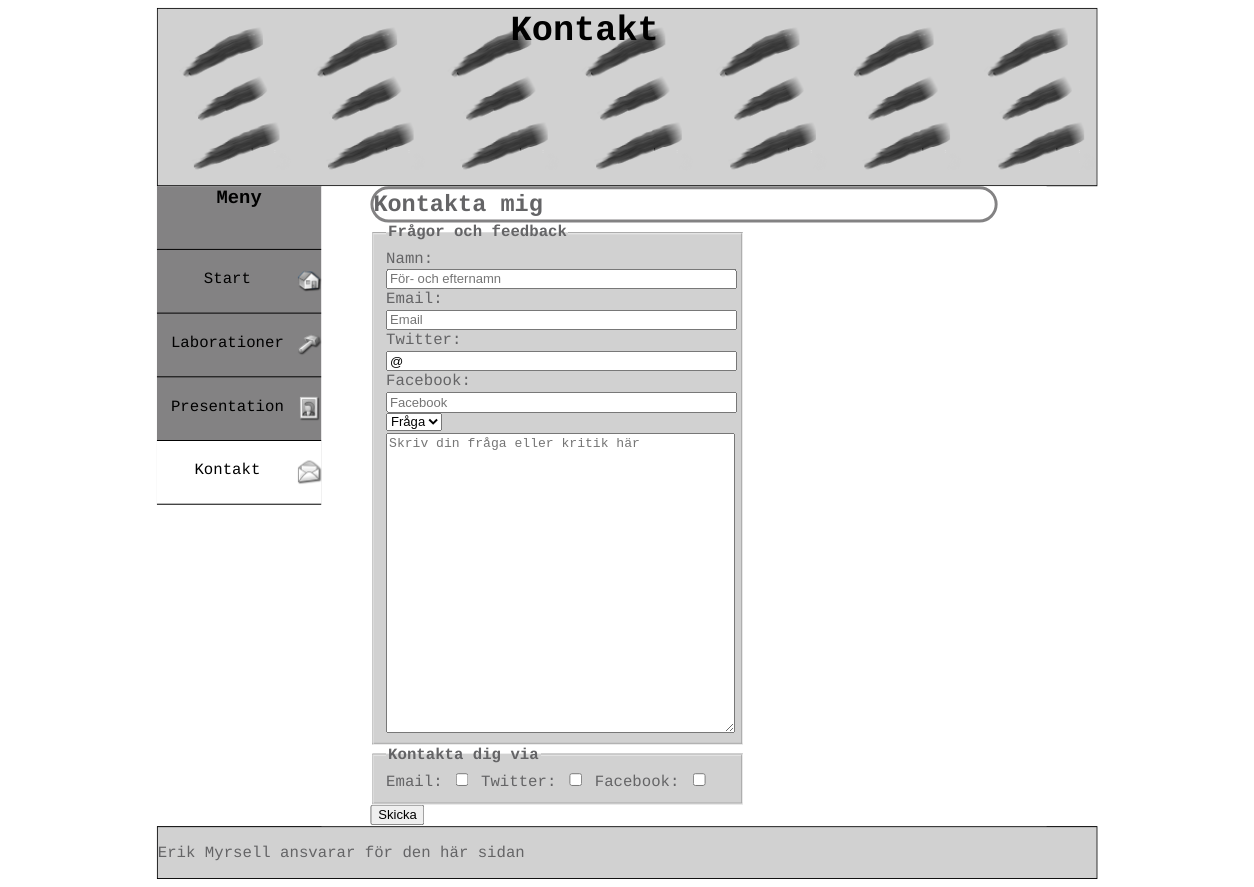
Repository: em222mt/1IK415_em222mt
Page: pages/kontakt.html
The author's editor kept a record of every edit. The page is drawn from the files as they stood at one moment, then again after the next edit.
The browser window is 1280 px wide. The pictures show the whole page, at 98% of full size.

Above is the page before.

### pages/kontakt.html
<!doctype html>
<html lang="sv">

<head>
    <meta charset="utf-8">
    <meta name="viewport" content="width=device-width, initial scale=1.0">

    <title>Kontakt</title>

    <link rel="stylesheet" media="only screen and (min-width: 482px)" href="../css/basic.css">
    <link rel="stylesheet" media="print" href="../css/print.css">
    <link rel="stylesheet" media="only screen and (max-width: 481px)" href="../css/sscreen.css">

    <link rel="shortcut icon" href="../pics/favicon.png" type="png">
    <link rel="apple-touch-icon" href="../pics/apple-touch-icon-small.png">
    <link rel="apple-touch-icon" sizes="114x114" href="../pics/apple-touch-icon-big.png">

        <script>
        document.createElement("header");
        document.createElement("hgroup");
        document.createElement("footer");
        document.createElement("article");
        document.createElement("main");
        document.createElement("section");
        document.createElement("nav");
        document.createElement("aside");
        document.createElement("address");
    </script>
</head>

    <body>
        <div id="container">

            <header>
                <h1 class="headertitle">Kontakt</h1>
            </header>

            <nav>

                <ul>
                    <li>Meny</li>
                    <li><a href="../index.html">Start</a><a id="home-icon" href="../index.html"></a></li>
                    <li><a href="laborationer.html">Laborationer</a><a id="work-icon" href="laborationer.html"></a></li>
                    <li><a href="presentation.html">Presentation</a><a id="bio-icon" href="presentation.html"></a></li>
                    <li class="active"><a href="kontakt.html">Kontakt</a><a id="contact-icon" href="kontakt.html"></a></li>
                </ul>

            </nav>

            <main>

            <header class="pageheader">
                <h2>Kontakta mig</h2>
            </header>

            <!-- Formulär börjar här -->

            <article>
            <form id="form" action="http://voyager.lnu.se/tekinet/kurser/dtt/wp_webbintro/form.php" method="post">
                <fieldset>
                    <legend class="formframe">Frågor och feedback</legend>

                        <label class="formunit" for="namn">Namn:</label>
                        <input class="formunit" placeholder="För- och efternamn" type="text" name="namn" id="namn" />

                        <label class="formunit" for="email">Email:</label>
                        <input class="formunit" placeholder="Email" type="email" name="email" id="email" />

                        <!--kan jag ha value OCH en placeholder här?-->

                        <label class="formunit" for="twitter">Twitter:</label>
                        <input class="formunit" value="@" type="text" name="twitter" id="twitter" />

                        <label class="formunit" for="facebook">Facebook:</label>
                        <input class="formunit" placeholder="Facebook" type="text" name="facebook" id="facebook" />


                        <select name="fråga eller feedback">
                            <option value="Fråga" selected> Fråga </option>
                            <option value="Ris"> Ris </option>
                            <option value="Ros"> Ros </option>
                        </select>


                        <textarea class="formunit" id="formtext" for="textarea" cols="20" rows="20" placeholder="Skriv din fråga eller kritik här"></textarea>

               </fieldset>

               <fieldset>
                   <legend class="formframe">Kontakta dig via</legend>

                        <label for="recepientemail">Email:</label>
                        <input type="checkbox" name="recepientemail" id="recepientemail" />
                        <label for="recepienttwitter">Twitter:</label>
                        <input type="checkbox" name="recepienttwitter" id="recepienttwitter" />
                        <label for="recepientfacebook">Facebook:</label>
                        <input type="checkbox" name="recepientfacebook" id="recepientfacebook" />

                </fieldset>

                <input id="formsubmit" type="submit" value="Skicka" />

            </form>

            </article>
            </main>

            <div id="footer">

                <p>Erik Myrsell ansvarar för den här sidan</p>

                <!--<a href="/" onclick="setActiveStyleSheet(’basic’); return false;">Full site</a>-->
                <!--<a href="/" onclick="setActiveStyleSheet(’sscreen’); return false;">mobile</a>-->

            </div>

        </div>

    </body>
</html>

### css/basic.css
/*
Background main: #FFFFFF
Background aside: #838283
Background header/footer: #D1D1D1
text-color: #646466
*/

/*Layout*/

article, aside, details, figcaption, figure,
footer, header, hgroup, main, menu, nav,
section{
    display: block;
}

a:link 	    { color: black; }
a:visited 	{ color: gray; }
a:focus 	{ color: #838283; }
a:hover	    { color: #6495ED; background-color: white;}
a:active 	{ color: #FFFFFF; }

/*Container*/

#container {
    max-width: 960px;
    overflow: auto;
    margin: 0 auto;
}

/*----------------------------------------*/

/*Header*/

header h1 {
    border-style: solid;
    border-width: 1px;
    width: 958px;
    background-color: #D1D1D1;
    background-image: url(../pics/Logo5.png);
    background-repeat: round;
    background-position: left;
    text-indent: 300px;
    height: 180px;
}

header h2 {
    margin: 0 auto;
    border: 3px solid #838283;
    border-top-right-radius: 30px;
    border-top-left-radius: 30px;
    border-bottom-right-radius: 30px;
    border-bottom-left-radius: 30px;
}

#bloggheader {
    margin: 10px 10px 10px 10px;
    text-align: center;
}

/*----------------------------------------*/

/*Navigation*/

nav {
    float: left;
    color: #646466;
    background-color: #838283;
    width: 168px;
}

nav li{
    border-bottom: 1px solid black;
    height: 64px;
}

nav a{
    float: left;
}

nav ul {
    list-style-type: none;
    margin: 0;
    padding: 0;
}

nav > ul > li:nth-child(1){
    color: black;
    font-weight: bold;
    font-size: 1.2em;
    text-align: center;
}

nav a:nth-child(2) {
    float: left;
    background-image: url(pics/sprite.png);
    display: block;
    width: 24px;
    height: 24px;
    position: relative;
    top: 20px;
}

#home-icon          { background-position: 0 -48px;}
#home-icon:hover    { background-position: 0 0;}

#work-icon          { background-position: 0 -144px; }
#work-icon:hover    { background-position: 0 -96px; }

#bio-icon           { background-position: 0 -240px;}
#bio-icon:hover     { background-position: 0 -192px;}

#contact-icon       { background-position: 0 -336px;}
#contact-icon:hover { background-position: 0 -288px;}


nav a:nth-child(1){
    display: block;
    width: 144px;
    height: 43px;
    padding-top: 20px;
    text-align: center;
    color: black;
    text-decoration: none;

}

nav li:hover:nth-child(n+2) { color: #6495ED; background-color: white;}

li.active {
    background-color: white;
}

/*----------------------------------------*/

/*Content*/

main {
    float: left;
    max-width: 788px;
    background-color: #FFFFFF;
    padding-right: 50px;
    padding-left: 50px;
}

main, p {
    color: #646466;
    font-family: courier , serif;
    line-height: 130%;
    width: 640px;
}

.entry a {
    text-decoration: none;
    color: #838283;
    margin-left: 30px;
    border: 1px solid #838283;
    border-top-right-radius: 10px;
    border-top-left-radius: 10px;
    border-bottom-right-radius: 10px;
    border-bottom-left-radius: 10px;
}

.entryfooter {
    font-style: italic;
    border: none;
    background-color: white;

}

.blog {
    border-bottom: 2px solid #838283;
}
.comments {
    background-color: #F9F7FF;

}

h4 {
    font-weight: bold;
}

.commentfooter {
    font-style: italic;
}

/*----------------------------------------*/

/*Footer*/

#footer {
    border-style: solid;
    border-width: 1px;
    clear: both;
    max-width: 958px;
    background-color: #D1D1D1;
}

/*----------------------------------------*/

/*Presentation*/

#biopic{
    float: right;
    width: 50%;
    height: 50%;
    margin-left: 10px;
    margin-bottom: 10px;
}

/*----------------------------------------*/

/*Storleksanpassat bild i inlägg 2*/
#gubbe {
    max-width: 450px;
}

/*fonts*/
h1, h2, h3, ul, ol, li, form, a {
    color: #646466;
    font-family: courier , serif;
    line-height: 130%;
}

/*----------------------------------------*/

/*Tabell på laboration.html*/

main table tr td {
    width: 40%;
    border: 2px solid #838283;
    text-align: center;
    border-top-right-radius: 5px;
    border-bottom-right-radius: 5px;

}

#table th {
    border: 2px solid #838283;
    font-size: 1.03em;
    border-top-right-radius: 5px;
    border-bottom-right-radius: 5px;
}

tfoot {
    font-size: 1.03em;
}

/*----------------------------------------*/

/*Lagt till padding för att bulka upp index- och kontaktsidan.*/

#contact {
    padding-right: 20px;
    padding-left: 20px;
}

/*----------------------------------------*/

/*Anpassat headerns text*/

.headertitle {
    margin: 0 auto;
    text-indent: 360px;
    color: black;
    font-size: 2.25em;
}

/*----------------------------------------*/

/*Lagt till en bild vid blogginläggen*/

.entry {
    background-image: url(../pics/post.png);
    background-repeat: no-repeat;
    background-position: top left;
    text-indent: 35px;
}
.entrypic {
    float: right;
    width: 35%;
}

/*----------------------------------------*/

/*Formulär*/

#form fieldset {
    width: 350px;
    background-color: #D1D1D1;
}

.formframe {
    font-weight: bold;
}

.formunit {
    float: left;
    width: 100%;
}
/*----------------------------------------*/

### css/print.css
/*
Background main: #FFFFFF
Background aside: #838283
Background header/footer: #D1D1D1
text-color: #646466
*/

/*Layout*/

a:link 	    { color: black; }
a:visited 	{ color: gray; }
a:focus 	{ color: #838283; }
a:hover	    { color: #6495ED; }
a:active 	{ color: #FFFFFF; }

/*Tryck ihop text för utskrift och ändra färgr*/

@media print {
    a, h1, h2, h3, p, table {
        color: #000000;
        background-color: #ffffff;
        max-width: 500px;
    }
}

@media print {
    ul, ol, dl, li {
        color: #000000;
        background-color: #ffffff;
        max-width: 400px;
    }
}
/*--------------------------------------*/

/*Content*/
@media print {
    #content {
        color: #000000;
        background-color: #ffffff;
        /*display: none;*/
        border: none;
        max-width: 960px;
    }
}
/*--------------------------------------*/

/*Dölj bilder och annan media*/

@media print {
    #gubbe {
        display: none;
    }
}

@media print {
#blogg > div:nth-child(2) > img {
    display: none;
}
}

@media print {
.video {
    display: none;
}
}

@media print {
#bild {
    display: none;
}
}
/*--------------------------------------*/

@media print{
       a:after{content:" (" attr(href) ") ";

       }
}
/*Navigation*/

@media print {
#navigation {
    display: none;
    border: none;
    color: #ffffff;
    background-color: #ffffff;
    }
}
/*--------------------------------------*/

/*header*/

@media print {
    #header {
        color: #ffffff;
        background-color: #ffffff;
        display: none;
        border: none;
        border-style: none;
    }
}
/*--------------------------------------*/

/*header*/
@media print {
    #footer {
        color: #000000;
        background-color: #ffffff;
        display: none;
        border: none;
        border-style: none;
    }
}
/*--------------------------------------*/

### css/sscreen.css
/*Layout*/

a:link 	    { color: black; }
a:visited 	{ color: gray; }
a:focus 	{ color: #838283; }
a:hover	    { color: #6495ED; background-color: white;}
a:active 	{ color: #FFFFFF; }

/*----------------------------------------*/

/*Fonts*/
h1, ul, ol, form, a, p {
    color: #646466;
    font-family: courier , serif;
    line-height: 130%;
    font-size: 0.9em;
}

h2, h3, li {
    color: #646466;
    font-family: courier , serif;
    line-height: 130%;
}

h2 {
    text-align: center;
}


/*Container*/

#container {
    width: auto;
}

/*----------------------------------------*/

/*Header*/

header h1 {
    border-style: solid;
    border-width: 1px;
    max-width: 100%;
    background-color: #D1D1D1;
    background-image: url(../pics/Logo5.png);
    background-repeat: repeat;
    background-position: left;
    text-align: center;
}

header h2 {
    margin: 0 auto;
    border: 3px solid #838283;
    border-top-right-radius: 30px;
    border-top-left-radius: 30px;
    border-bottom-right-radius: 30px;
    border-bottom-left-radius: 30px;
}

#bloggheader {
    margin: 10px 10px 10px 10px;
    text-align: center;
}



/*Content*/

#content {
        width: auto;
        float: none;
        text-align: left;
        padding: 0 0 0 0;
        margin: 0 0 0 0;
}

#content > ol:nth-child(7) > li:nth-child(4) > ol > li{

    word-break: break-all;
}

/*----------------------------------------*/


/*Navigation*/

nav {
        width: auto;
}

nav{
    color: #646466;
    background-color: #838283;
    max-width: 100%;
}

nav li{
    border-bottom: 1px solid black;
    height: 64px;
    font-size: 1.1em;
}

nav a{
    float: left;
}

nav ul {
    list-style-type: none;
    margin: 0;
    padding: 0;
}

nav > ul > li:nth-child(1){
    color: black;
    font-weight: bold;
    font-size: 1.2em;
    text-align: center;
}

nav a:nth-child(2) {
    float: left;
    background-image: url(pics/sprite.png);
    display: block;
    width: 24px;
    height: 24px;
    position: relative;
    top: 20px;
}

#home-icon          { background-position: 0 -48px;}
#home-icon:hover    { background-position: 0 0;}

#work-icon          { background-position: 0 -144px; }
#work-icon:hover    { background-position: 0 -96px; }

#bio-icon           { background-position: 0 -240px;}
#bio-icon:hover     { background-position: 0 -192px;}

#contact-icon       { background-position: 0 -336px;}
#contact-icon:hover { background-position: 0 -288px;}


nav a:nth-child(1){
    float: right;
    display: block;
    width: 270px;
    height: 43px;
    padding-top: 20px;
    text-indent: 10px;
    color: black;
    text-decoration: none;
}

nav li:hover:nth-child(n+2) { color: #6495ED; background-color: white;}



li.active {
    background-color: white;
}

/*----------------------------------------*/


/*Bilder*/

img {
    max-width: 100%;
}

/*----------------------------------------*/


h3.entry {
    background-image: url(../pics/post.png);
    background-repeat: no-repeat;
    background-position: top left;
    text-indent: 35px;
}

.headertitle {
    margin: 0 auto;
    color: black;
    font-size: 2.25em;
}

h3 {
    text-align: center;
}

/*----------------------------------------*/

/*Footer*/

#footer {
    border-style: solid;
    border-width: 1px;
    clear: both;
    background-color: #D1D1D1;
}
/*----------------------------------------*/

/*Formulär*/

#form fieldset {
    max-width: 100%;
    background-color: #D1D1D1;
}

.formframe {
    font-weight: bold;
}

.formunit {
    float: left;
    width: 100%;
}

#recepientemail
{
    width: 70%;
}

#recepienttwitter
{
    width: 60%;
}

#recepientfacebook
{
    width: 50%;
}

#formsubmit
{
    margin-top: 15px;
    margin-bottom: 15px;
    alignment-adjust: middle;
}

#form input {
    max-width: 95%;
}
/*----------------------------------------*/

/*Tabell på laboration.html*/

#content table tr td {
    width: 40%;
    border: 2px solid #838283;
    text-align: center;
    border-top-right-radius: 5px;
    border-bottom-right-radius: 5px;

}

#table th {
    border: 2px solid #838283;
    font-size: 1.03em;
    border-top-right-radius: 5px;
    border-bottom-right-radius: 5px;
}

tfoot {
    font-size: 1.03em;
}

After the next edit:
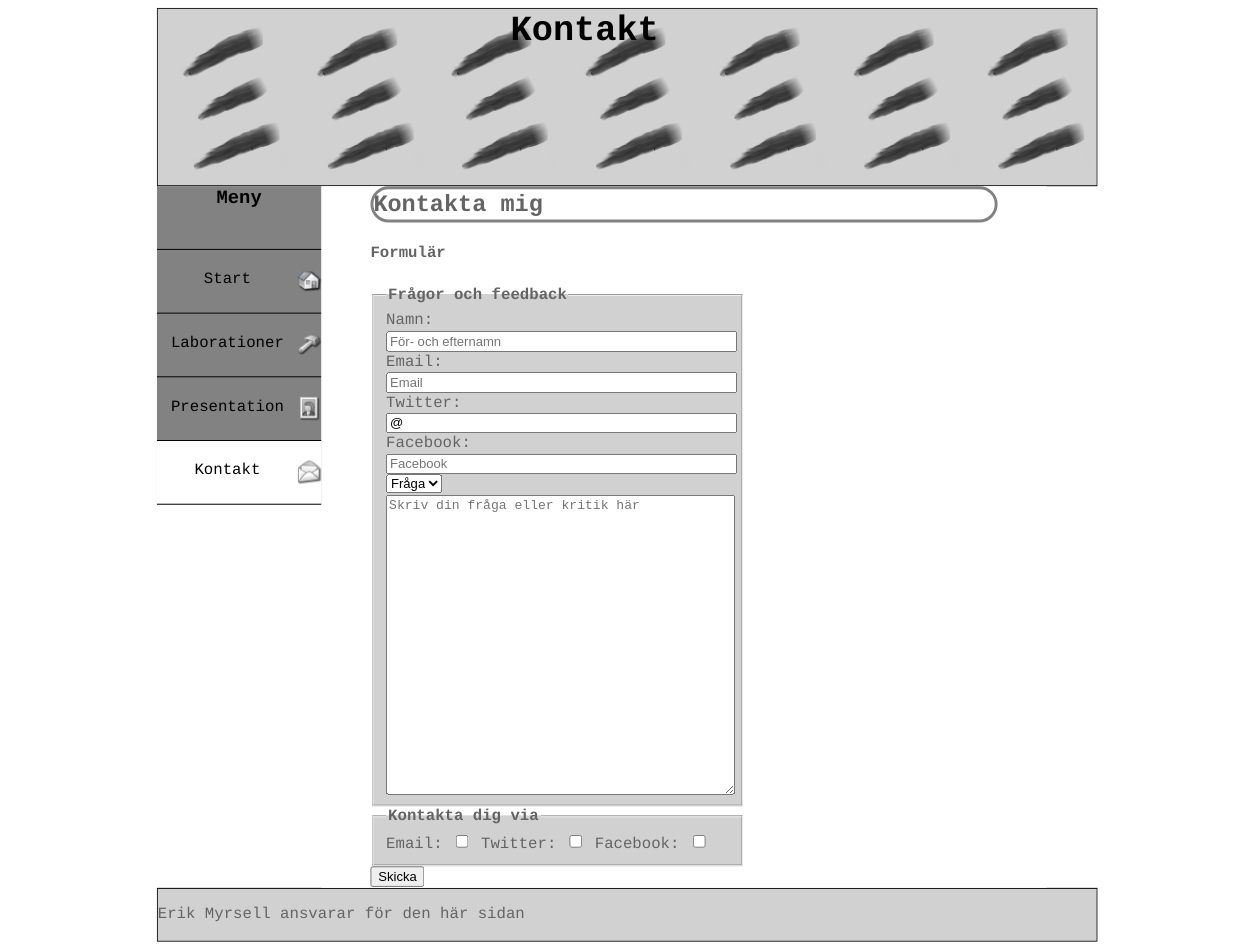
The edit:
--- a/pages/kontakt.html
+++ b/pages/kontakt.html
@@ -56,6 +56,10 @@
             <!-- Formulär börjar här -->
 
             <article>
+
+            <header>
+                <h4 id="formtitle">Formulär</h4>
+            </header>
             <form id="form" action="http://voyager.lnu.se/tekinet/kurser/dtt/wp_webbintro/form.php" method="post">
                 <fieldset>
                     <legend class="formframe">Frågor och feedback</legend>
